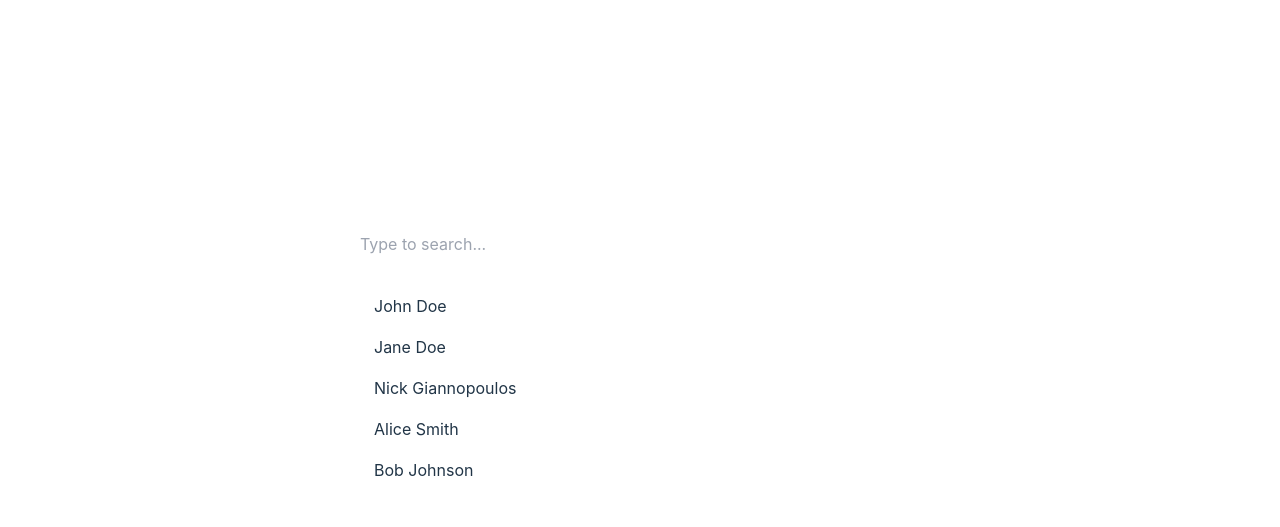
Repository: Ayansaxena24/Chip
Page: /
An editor plug-in stored every save of this project. The page is shown before and after a run of saves, followed by the edit.
The browser window is 1280 px wide. The pictures show the whole page.
Some web libraries are served in a nearby version. The project was rebuilt for these pictures with package versions that can differ from the ones it lists, and the page was loaded fresh each time. Also part of the build but not shown: vite.config.ts, src/ChipInput.css.

Above is the page before, as saved 2024-01-16 03:28:29.

After the next 3 saves:
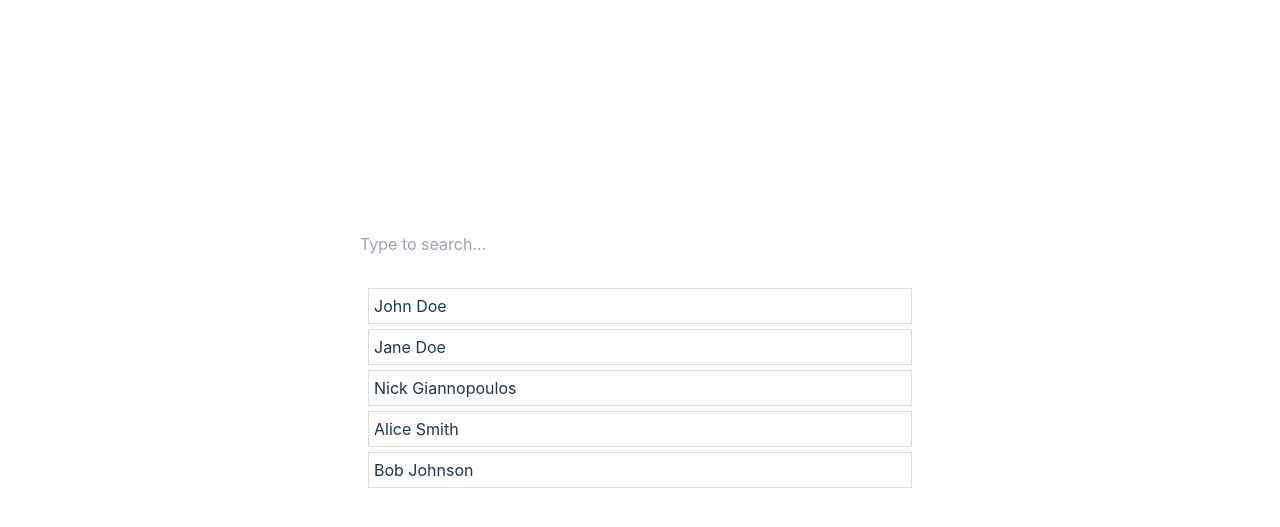
The 3 saves are shown as one change because they came seconds apart.
The last was saved 8 s later.
--- a/src/ChipInput.tsx
+++ b/src/ChipInput.tsx
@@ -97,7 +97,7 @@ const ChipInput: React.FC = () => {
         </div>
         <ul className="cursor-pointer p-[5px] m-[5px] border-white rounded-md border-[1px] border-solid">
           {filteredItems.map((item) => (
-            <li className="cursor-pointer p-[5px] m-[5px] border-[1px] border-white" key={item} onClick={() => handleChipClick(item)}>
+            <li className="cursor-pointer p-[5px] m-[5px] border-[1px] border-[#ddd] border" key={item} onClick={() => handleChipClick(item)}>
               {item}
             </li>
           ))}
